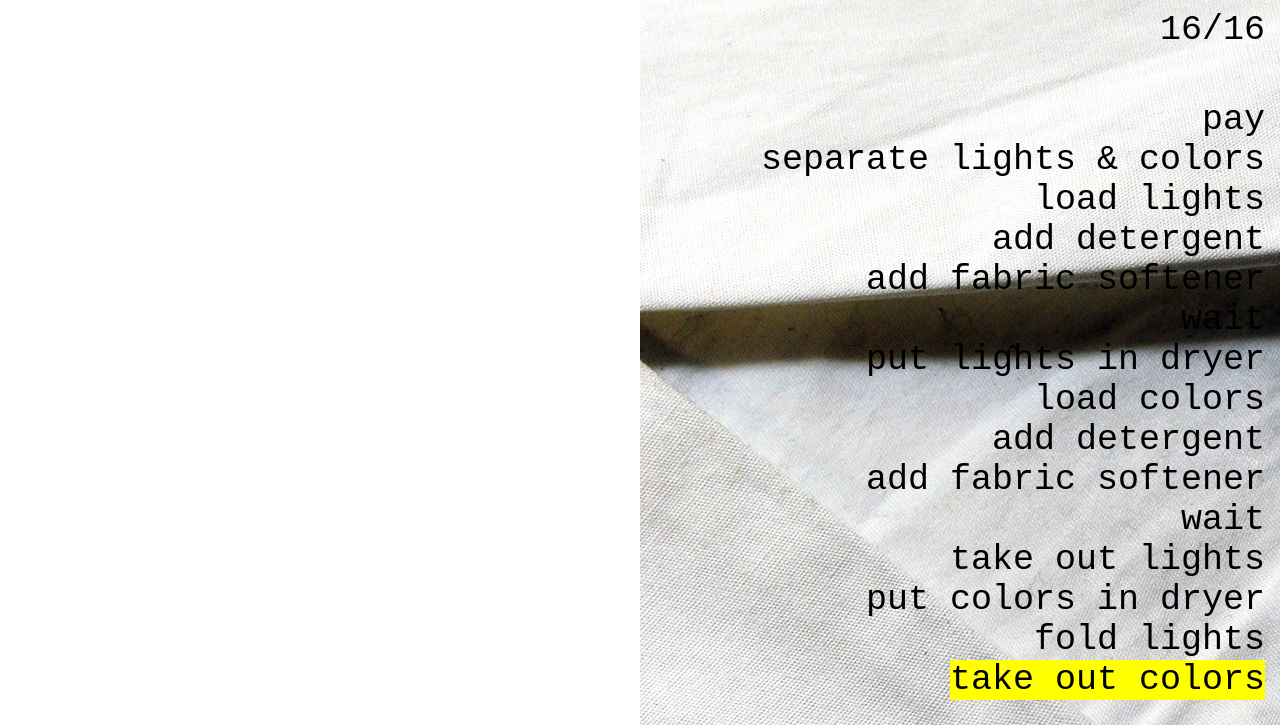
Repository: ortik455/ortik455.github.io
Page: studio/laundrysite/fifteen.html
The author's editor kept a record of every edit. The page is drawn from the files as they stood at one moment, then again after the next edit.
The browser window is 1280 px wide. The pictures show the whole page.

Above is the page before.

### studio/laundrysite/fifteen.html
<!DOCTYPE html>
<html>
	<head>
	    <link href='http://fonts.googleapis.com/css?family=Inconsolata' rel='stylesheet' type='text/css'>
		<link rel="icon" href="../../studio/favicon.png" sizes="16x16 32x32" type="image/png">
		<link href="laundry.css" rel="stylesheet" type="text/css">
		<title>16/16</title>
	</head>

	<body>
<!--class to call out all the text and use id="" to call out
individual things but dont use ids... -->
	  <div class="text">
		<div class="number">
	  		16/16
	  	</div>
		<div class="steps">
		  	pay
		  	<br>
		  	separate lights &amp; colors
		  	<br>
		  	load lights
		  	<br>
		  	add detergent
		  	<br>
		  	add fabric softener
		  	<br>
		  	wait
		  	<br>
		  	put lights in dryer
		  	<br>
		  	load colors
		  	<br>
		  	add detergent
		  	<br>
		  	add fabric softener
		  	<br>
		  	wait
		  	<br>
		  	take out lights
		  	<br>
		  	put colors in dryer
		  	<br>
		  	fold lights
		  	<br>
		  	<mark>take out colors</mark>
		</div>
	  </div>

	  <div class="photos">
	  	<a href="sixteen.html"><img src="photos/lightfold.png"  alt=""></a>
	  </div>
	</body>
</html>

### studio/laundrysite/laundry.css
*, *:before, *:after {
    -webkit-box-sizing: border-box;
       -moz-box-sizing: border-box;
            box-sizing: border-box;

}
.timerbox {
    background: #000000;
    float: left;
    width: 50%;
    height: 900px;
}
.timer {
    position: absolute;
    background: #000000;
    color: #ffffff;
    top: 50%;
    left: 275px;
    font-size: 60px;
}
.timer2 {
    position: absolute;
    background: #000000;
    color: #ffffff;
    top: 50%;
    left: 275px;
    font-size: 60px;
}

body{
	background: #FFFFFF;
	font-size: 0px;
	margin: 0;
	font-family: Courier New, sans-serif;
	height: 100%;
}
.start{
    background-color: #000000;
    font-size: 50px;
    letter-spacing: 6px;
    position: absolute;
    bottom: 50%;
    margin-left: 20px;
}
.mark {
    background-color: #000000;
    color: #FFFFFF;
}
.text {
	font-size: 35px;
    width: 50%;
    height: 715px;
    float: left;
}
.photos {
    width: 50%;
    height: 100%;
    float: left;
    overflow: hidden;
}
.number {
   font-size: 35px;
   position: fixed;
   top: 0px;
   right: 0px;
   padding: 10px 15px 20px 5px;
}
.steps {
   font-size: 35px;
   text-align: right;
   position: fixed;
   bottom: 0px;
   right: 0px;
   padding: 10px 15px 20px 5px;

}
a:link {
    text-decoration:none;
    color: #000000;
    }
a:visited {
    color: #000000;
}
.photos:hover img {
    transform: scale(1.1);
}
.photos img {
    transition: transform 2s ease;
}

After the next edit:
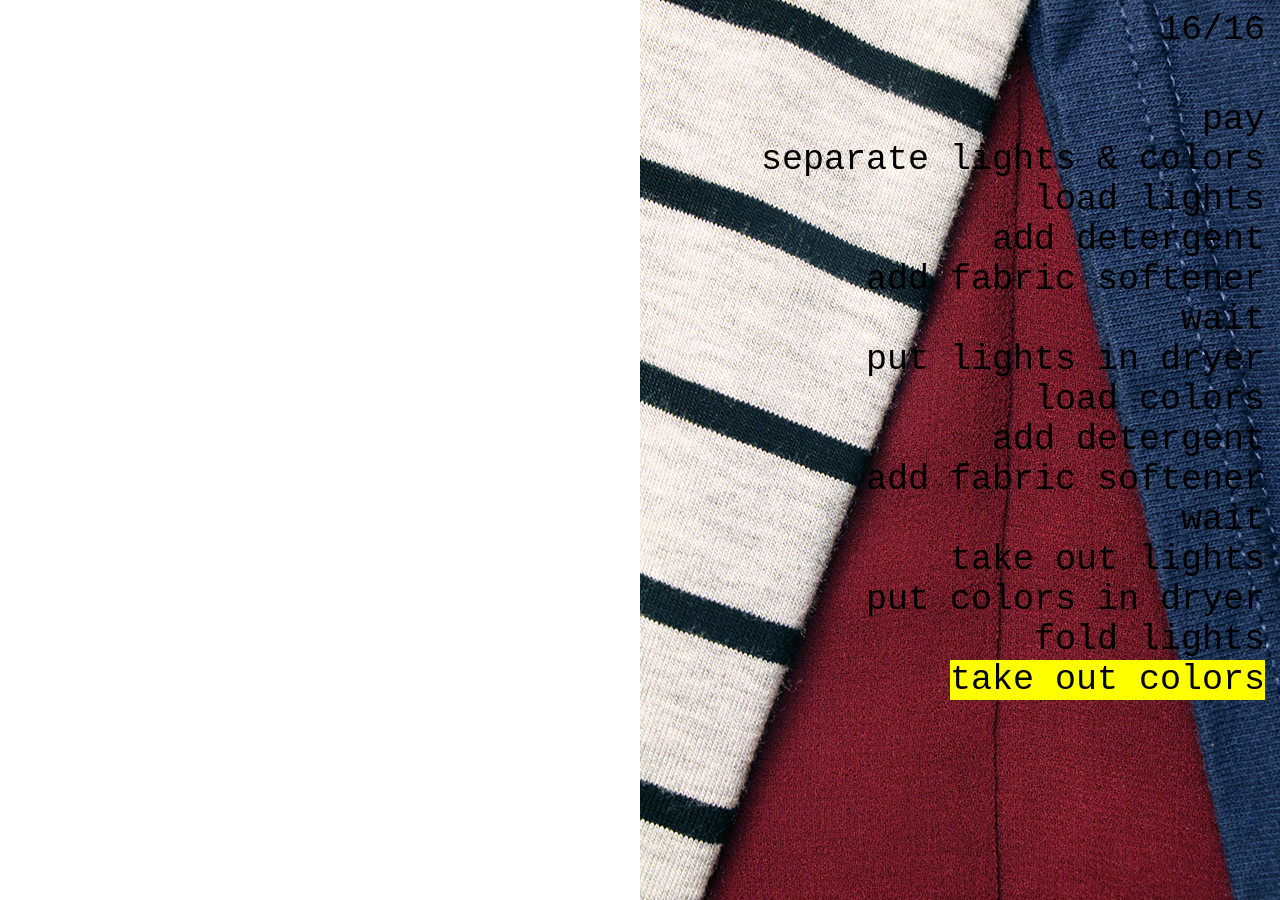
The edit:
--- a/studio/laundrysite/fifteen.html
+++ b/studio/laundrysite/fifteen.html
@@ -48,7 +48,7 @@
 	  </div>
 
 	  <div class="photos">
-	  	<a href="sixteen.html"><img src="photos/lightfold.png"  alt=""></a>
+	  	<a href="sixteen.html"><img src="photos/unloadcolor2.png"  alt=""></a>
 	  </div>
 	</body>
 </html>
